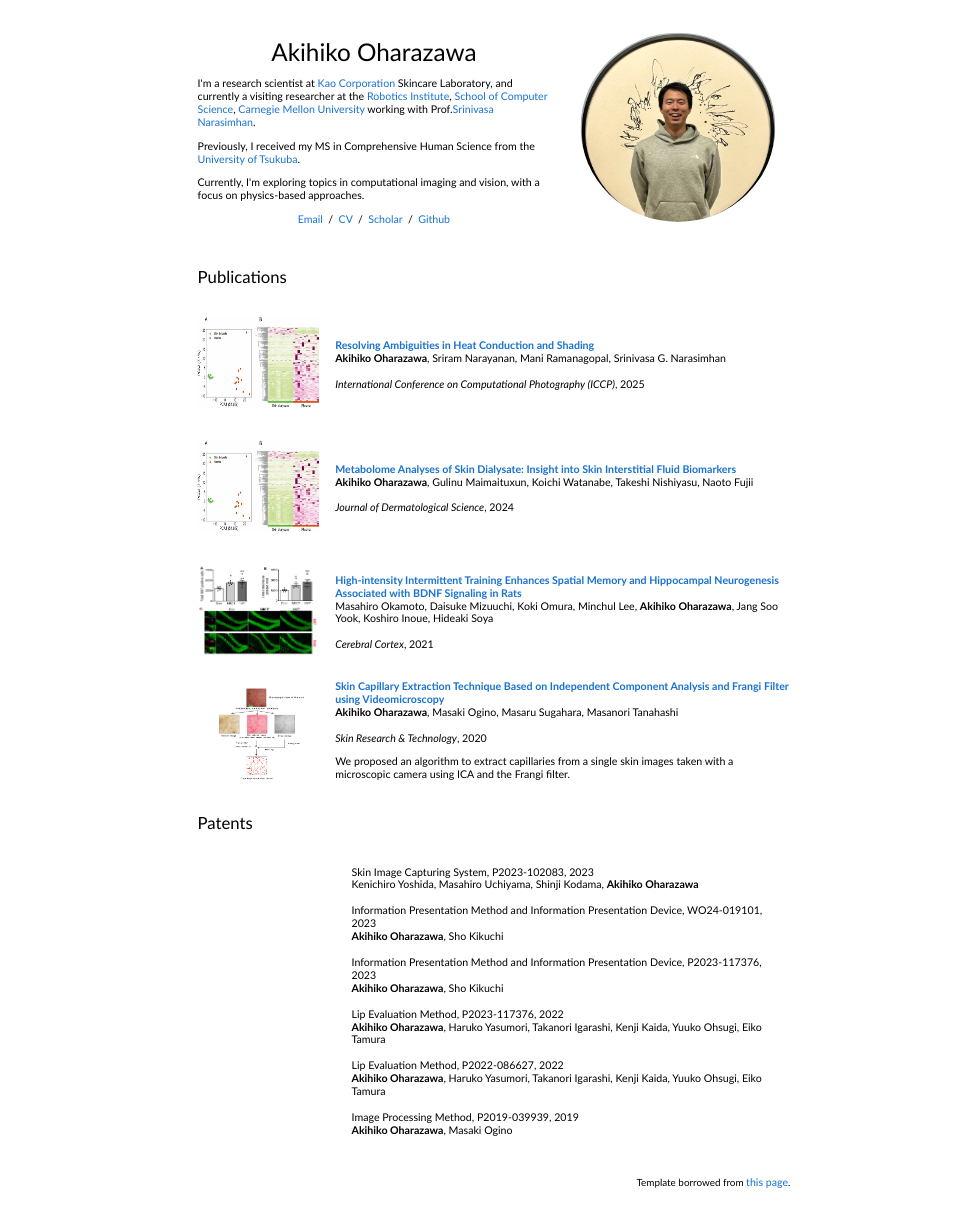
Repository: akihikooharazawa/akihikooharazawa.github.io
Page: index.html
These files come from the project's save history. The page is drawn as it stood at one moment and after a run of saves; the edit follows.
The browser window is 1280 px wide. The pictures show the whole page, at 76% of full size.

Above is the page before, as saved 2025-07-25 11:10:19.

After the next 3 saves:
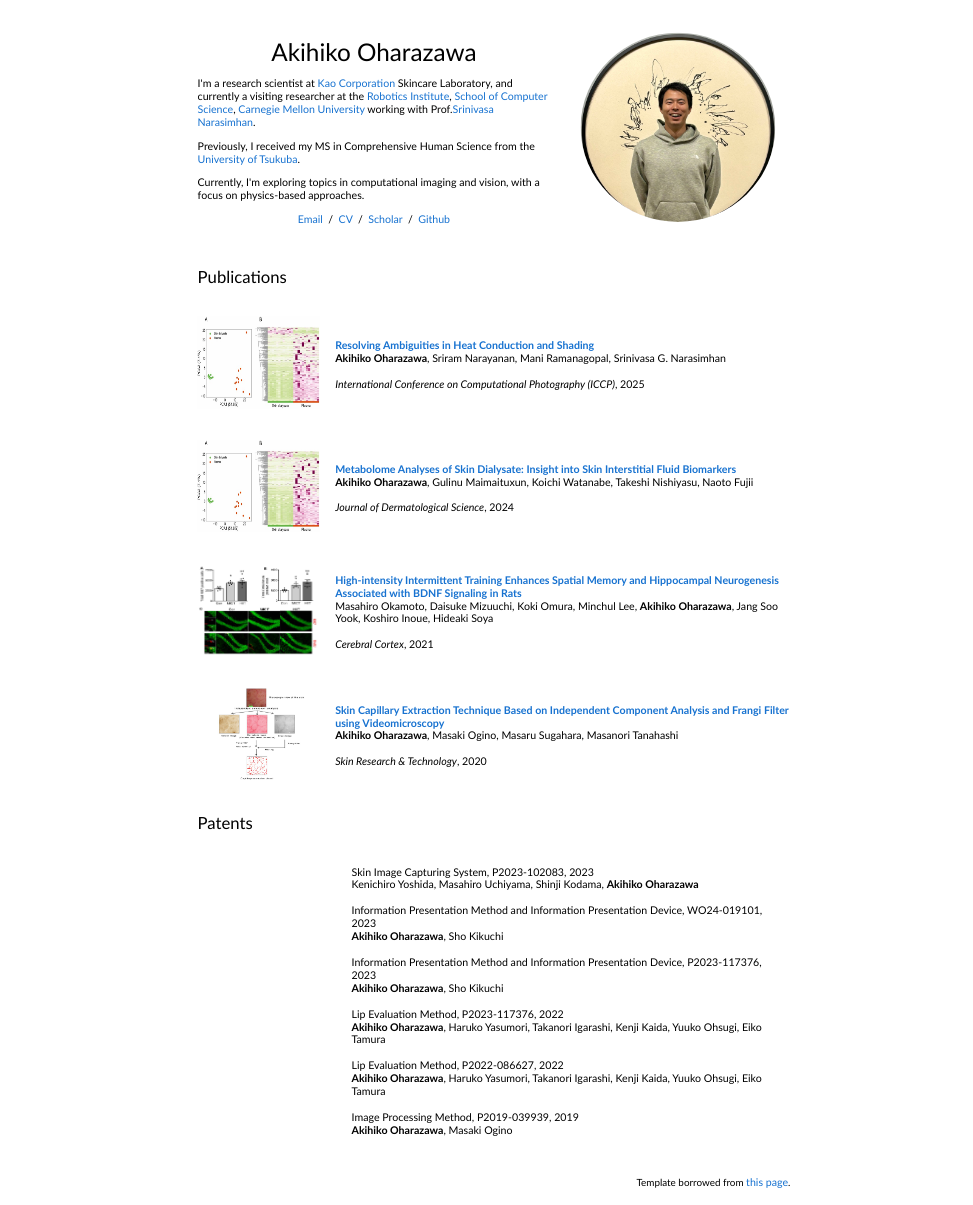
The 3 saves are shown as one change because they came seconds apart.
The last was saved 10 s later.
--- a/index.html
+++ b/index.html
@@ -123,14 +123,11 @@
                   <span class="papertitle">Skin Capillary Extraction Technique Based on Independent Component Analysis and Frangi Filter using Videomicroscopy</span>
                 </a>
                 <br>
-                <strong>Akihiko Oharazawa</strong>,
-                Masaki Ogino,
-                Masaru Sugahara,
-                Masanori Tanahashi<br>
+                <strong>Akihiko Oharazawa</strong>, Masaki Ogino, Masaru Sugahara, Masanori Tanahashi
+                <br>
                 <br>
                 <em>Skin Research & Technology</em>, 2020
                 <br>
-                <p>We proposed an algorithm to extract capillaries from a single skin images taken with a microscopic camera using ICA and the Frangi filter.</p>
               </td>
             </tr>
 
